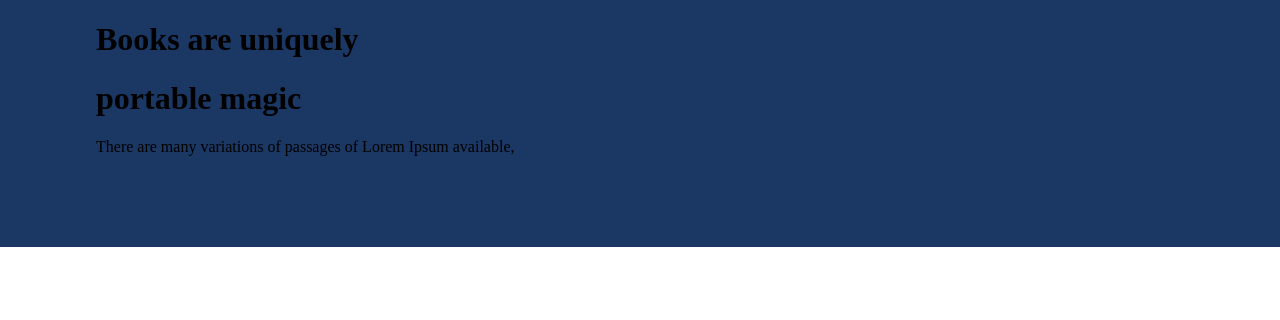
Repository: Godnorg/Class2
Page: index.html
An editor plug-in stored every save of this project. The page is shown before and after the next save, followed by the edit.
The browser window is 1280 px wide. The pictures show the whole page.

Above is the page before, as saved 2023-02-13 21:27:08.

After the next save:
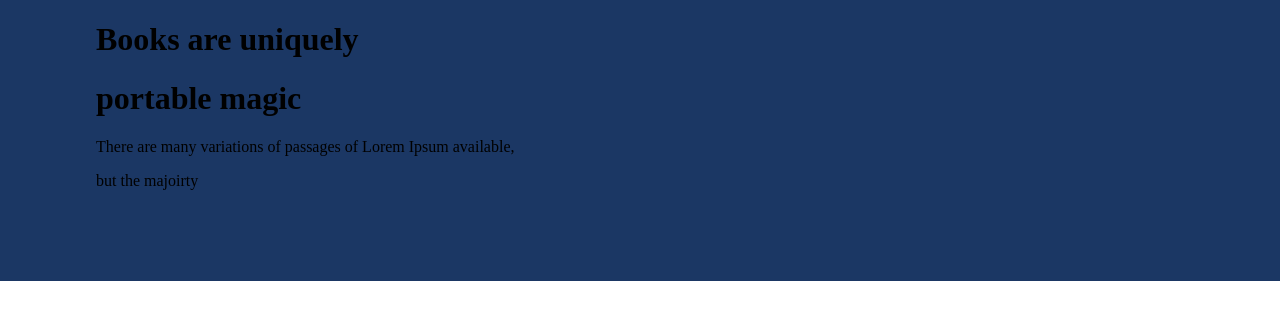
Saved 36 s later.
--- a/index.html
+++ b/index.html
@@ -18,7 +18,7 @@
                 <h1>Books are uniquely</h1>
                 <h1>portable magic</h1>
                 <p>There are many variations of passages of Lorem Ipsum available,</p>
-                <p></p>
+                <p>but the majoirty </p>
             </div>
             <div>
 
